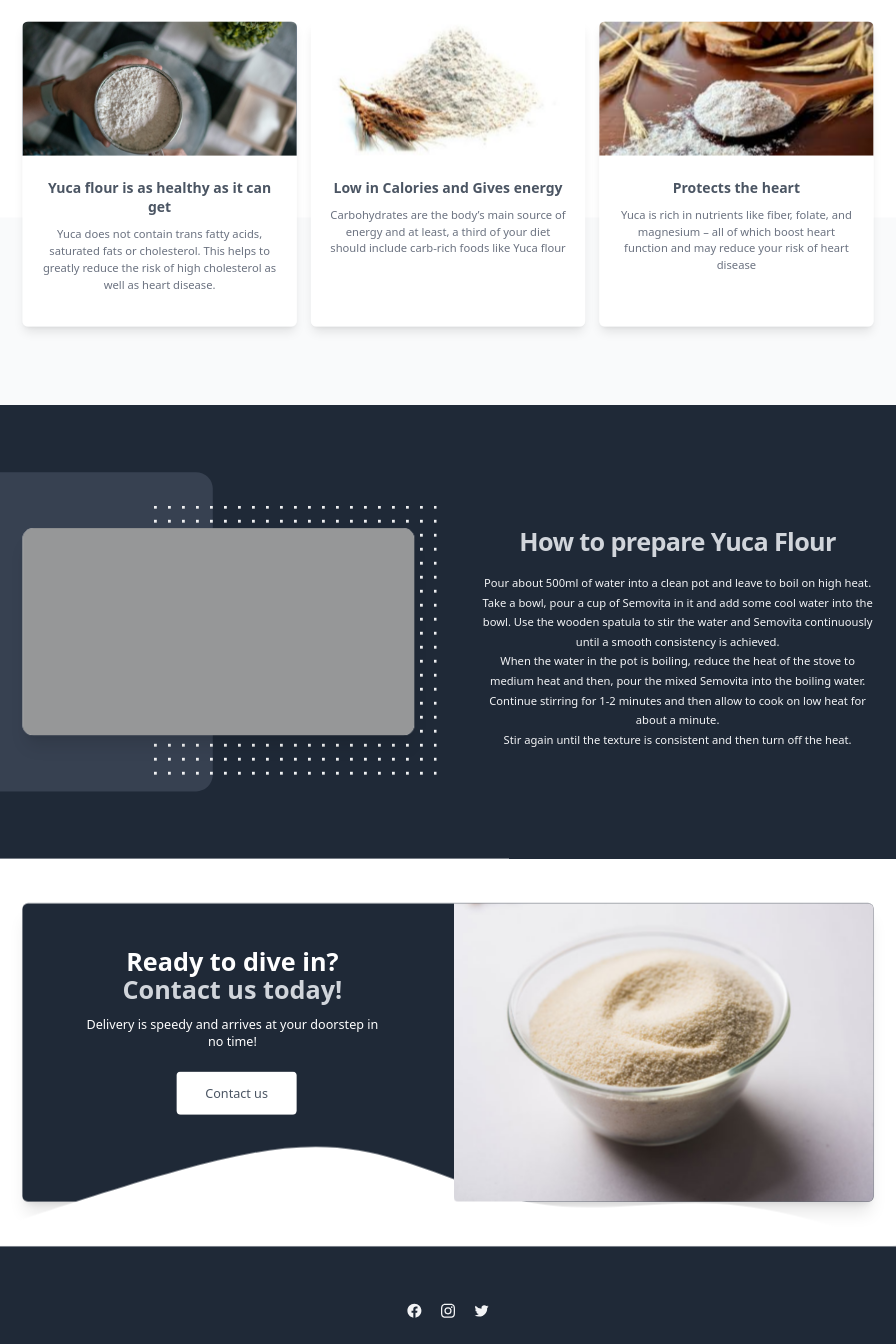
Repository: bellatrick/prime-foods
Page: /
These files come from the project's save history. The page is drawn as it stood at one moment and after the next save; the edit follows.
The browser window is 1280 px wide. The pictures show the part of the page from y = 971 to 2891 px (the page is 2960 px tall), at 70% of full size.
Pictures or frames that could not be fetched are drawn as grey boxes. Some web fonts or font styles are not loaded; a fallback is used. The project was rebuilt for these pictures with package versions that can differ from the ones it lists, and the page was loaded fresh each time.

Above is the page before, as saved 2022-05-01 12:47:29.

After the next save:
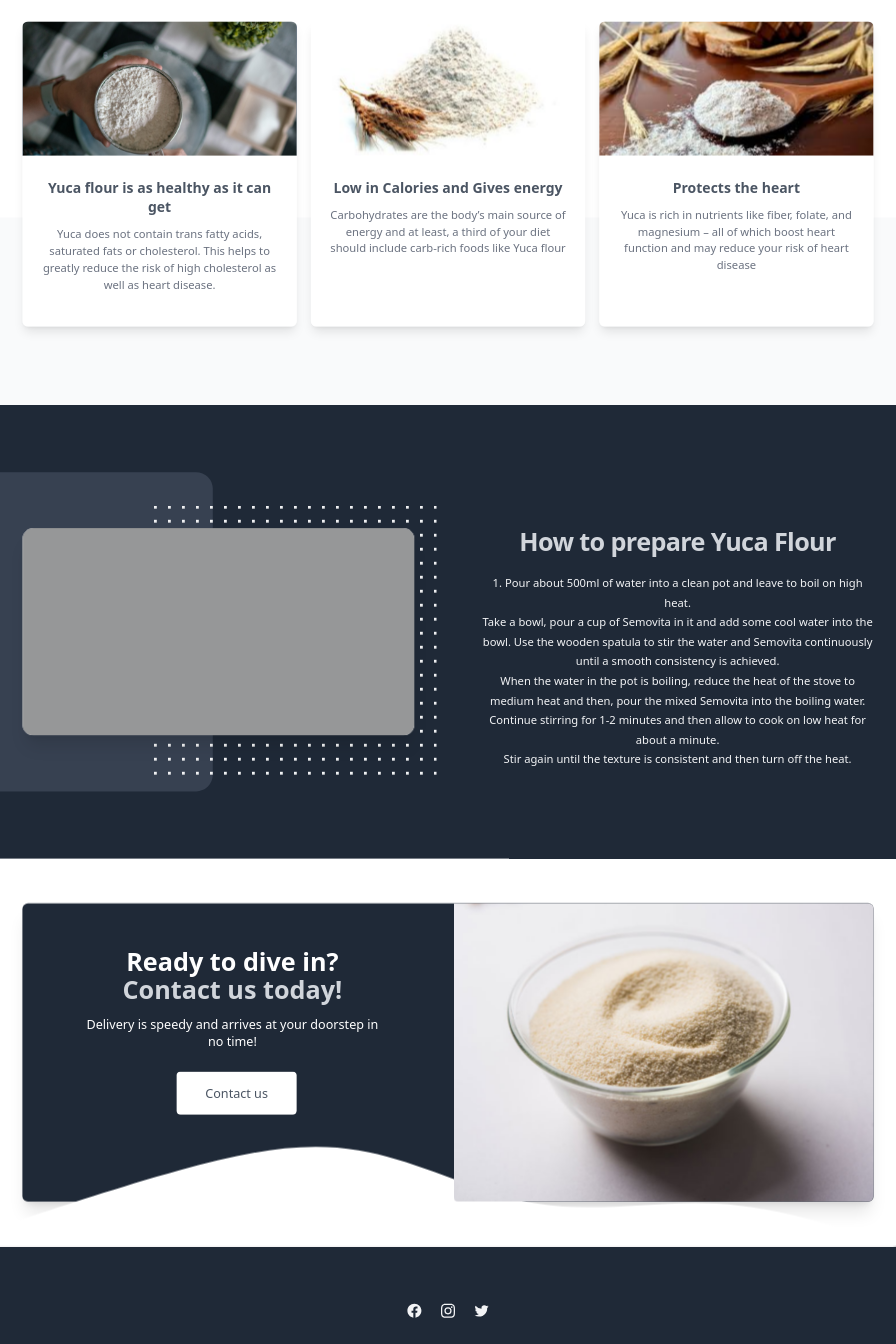
Saved 13 s later.
--- a/src/components/Content.jsx
+++ b/src/components/Content.jsx
@@ -73,7 +73,7 @@ export default function Example() {
                   <ul>
                     <li>
                       {" "}
-                      Pour about 500ml of water into a clean pot and leave to
+                      1. Pour about 500ml of water into a clean pot and leave to
                       boil on high heat.{" "}
                     </li>
                     <li>
